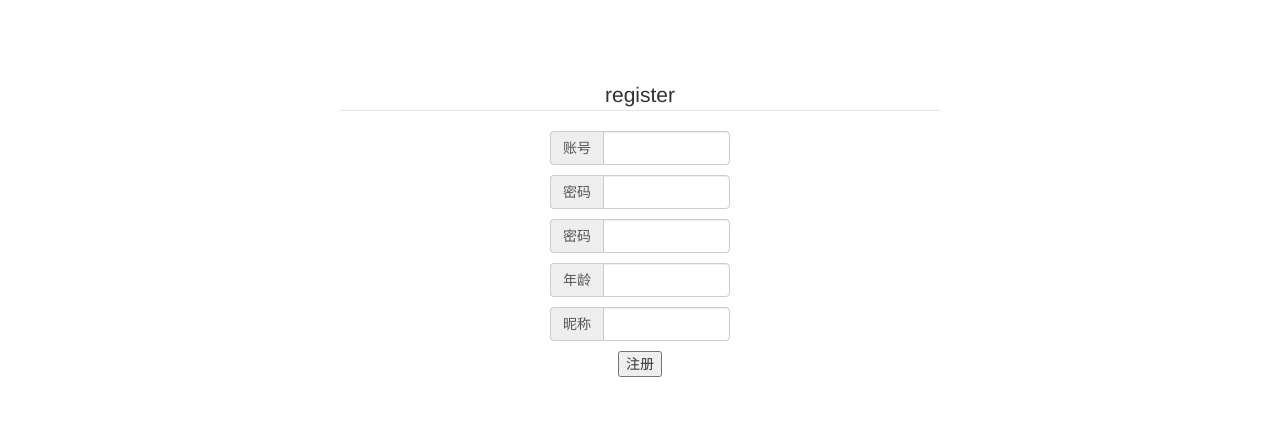
Repository: silzx/learning
Page: http://localhost/MyBatis/reg.jsp
These files come from the project's save history. The page is drawn as it stood at one moment and after the next save; the edit follows.
The browser window is 1280 px wide. The pictures show the whole page.
The page is served by Tomcat 9.

Above is the page before, as saved 2017-11-14 04:20:45.
Console error (its wording comes from the project's code and is left out).

After the next save:
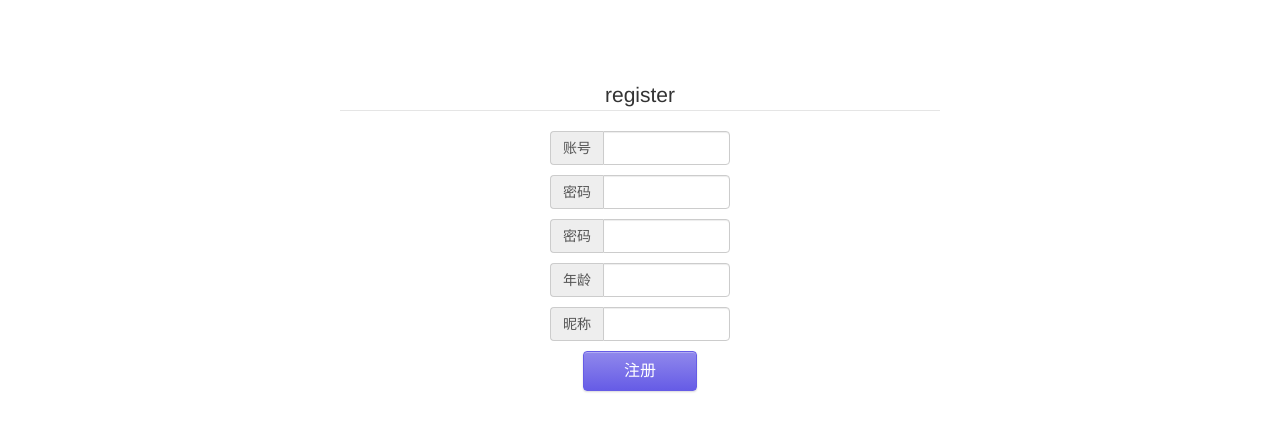
Saved 37 s later.
--- a/MyBatis/WebContent/reg.jsp
+++ b/MyBatis/WebContent/reg.jsp
@@ -47,7 +47,7 @@ String basePath = request.getScheme()+"://"+request.getServerName()+":"+request.
 					<span class="input-group-addon">昵称</span>
 					<input type="text" name="u.nickname" class="form-control" >
 				</div><p></p>
-				<input type="submit" value="注册">
+				<input type="submit" class="button button-royal button-rounded button-raised" value="注册">
 				</form>
 		</fieldset>
 	</center>
